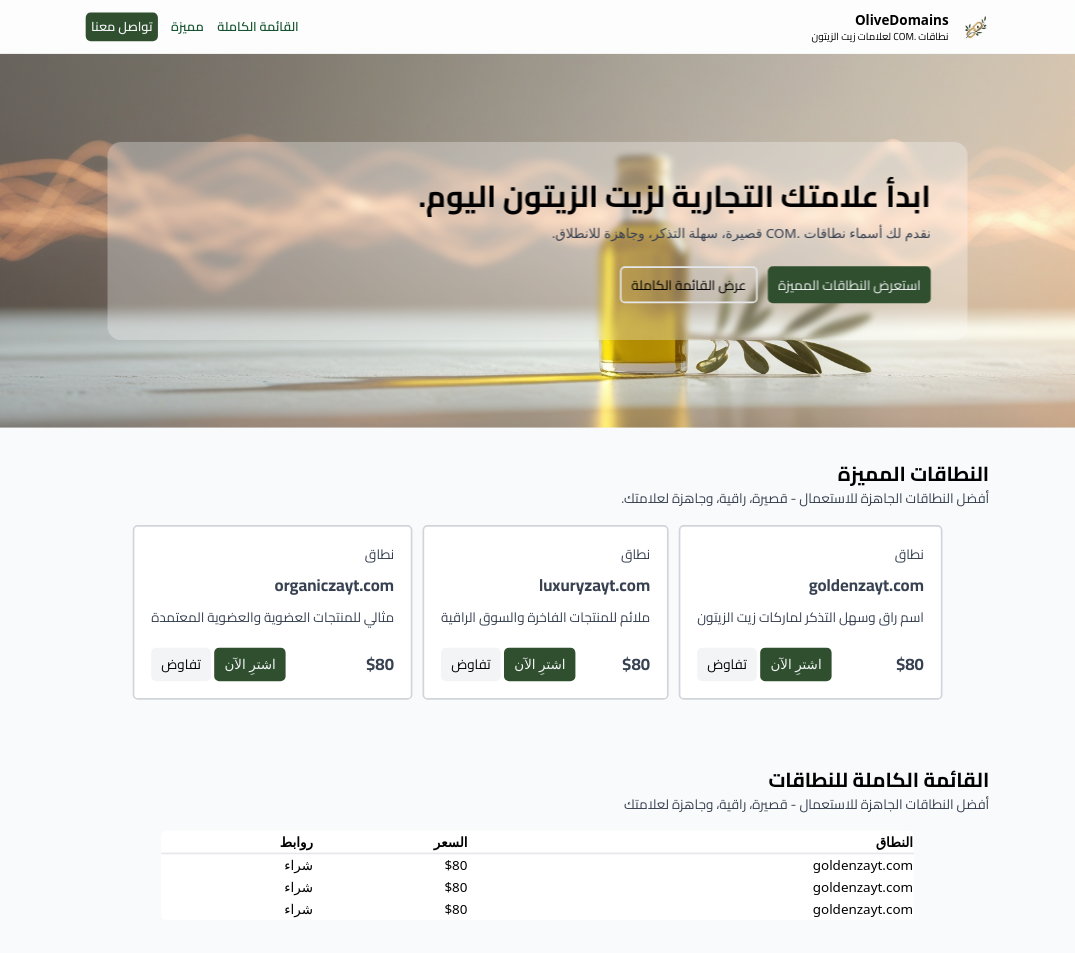
Repository: zakaria-bn05/Olive-oil-domaine-names-english-version
Page: index.html
An editor plug-in stored every save of this project. The page is shown before and after the next save, followed by the edit.
The browser window is 1280 px wide. The pictures show the whole page, at 84% of full size.
Some web libraries are served in a nearby version.

Above is the page before, as saved 2025-11-17 11:16:53.

After the next save:
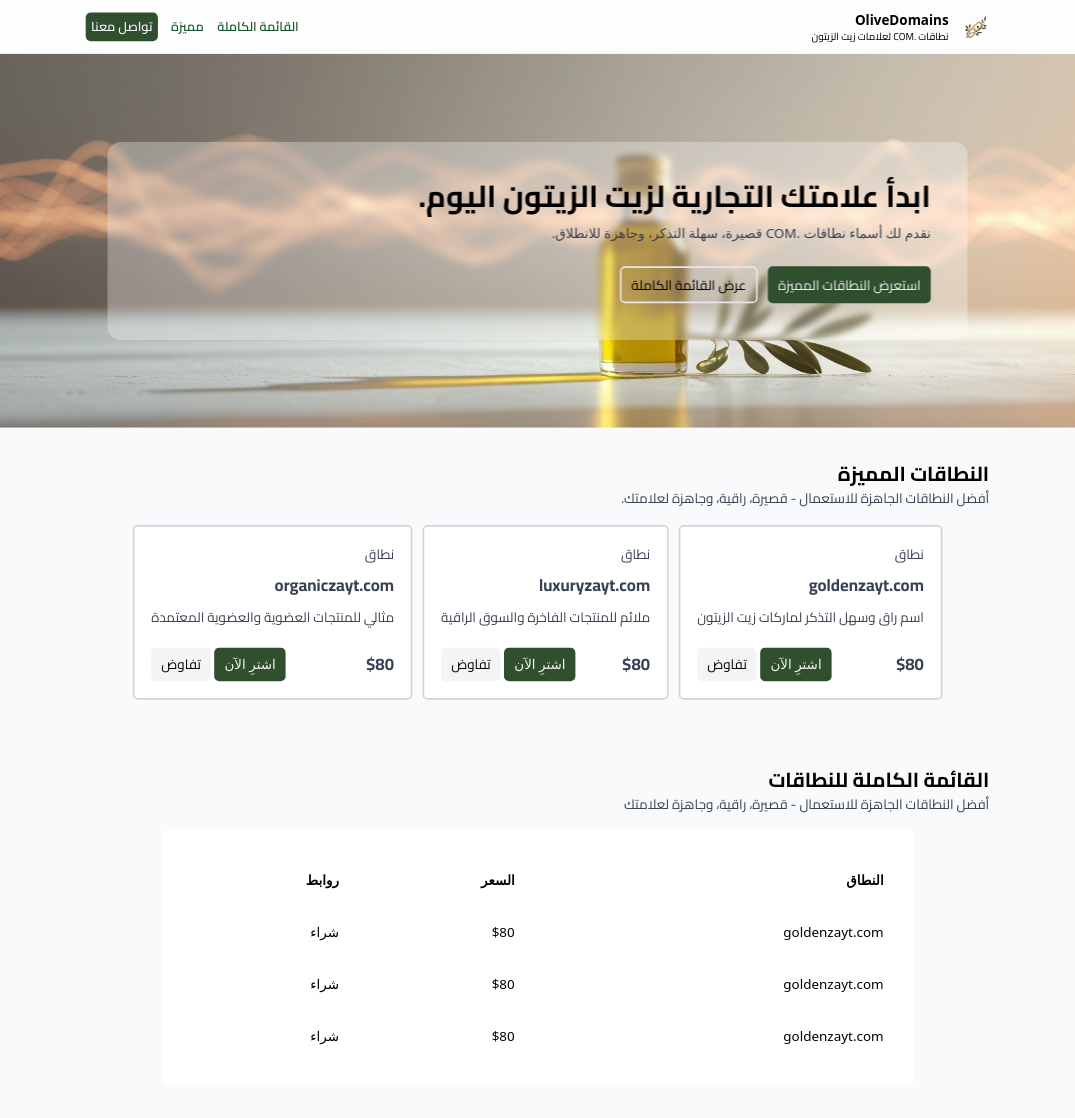
Saved 10 s later.
--- a/index.html
+++ b/index.html
@@ -145,7 +145,7 @@
             <p class="font-cairo text-xm text-gray-700 ">أفضل النطاقات الجاهزة للاستعمال - قصيرة، راقية، وجاهزة لعلامتك
             </p>
             <div class="flex justify-center w-full">
-                <table class=" w-5/6 text-right mt-5 bg-white p-5 rounded-md">
+                <table class=" w-5/6 text-right mt-5 bg-white p-5 rounded-md table-spaced">
                     <tr class="border-b-2 p-5">
                         <th>النطاق</th>
                         <th>السعر</th>
